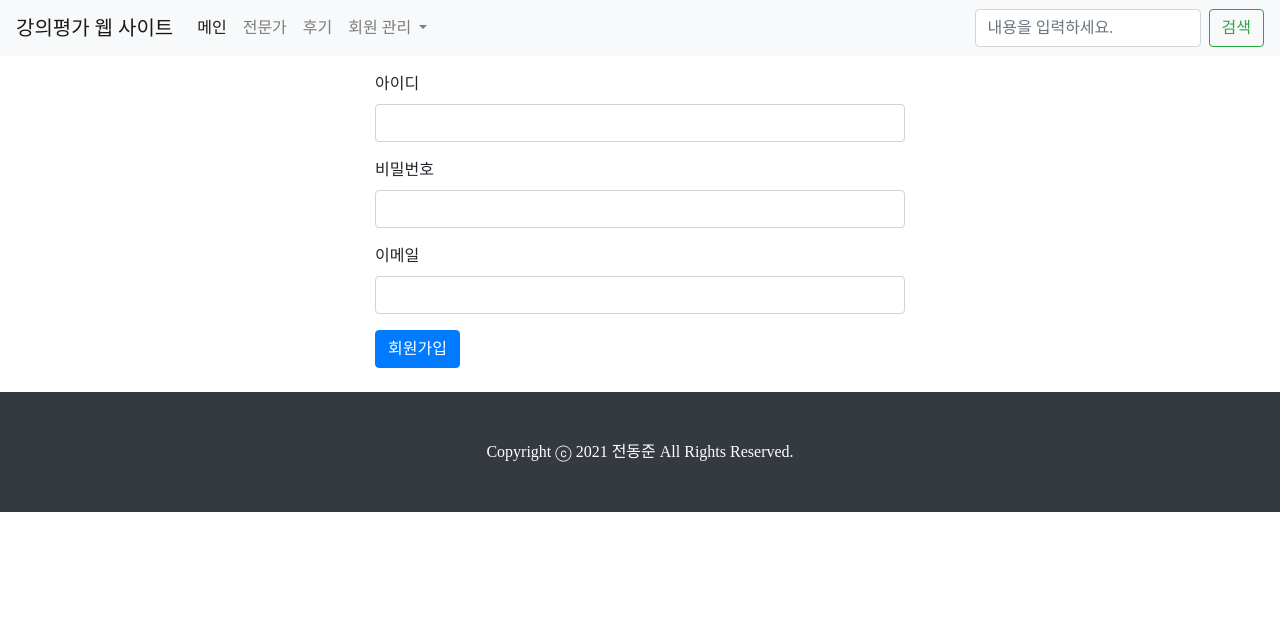
Repository: JeonDongJoon/Inha2-2
Page: http://localhost/Expert/userRegister.jsp
An editor plug-in stored every save of this project. The page is shown before and after the next save, followed by the edit.
The browser window is 1280 px wide. The pictures show the whole page.
Some web fonts or font styles are not loaded; a fallback is used. The page is served by Tomcat 9. Other server files are loaded and not shown.

Above is the page before, as saved 2021-12-02 12:11:55.

### Expert/WebContent/userRegister.jsp
<%@ page language="java" contentType="text/html; charset=UTF-8" pageEncoding="UTF-8"%>

<%@ page import="java.io.PrintWriter"%>

<!doctype html>

<html>

  <head>

    <title>강의평가 웹 사이트</title>

    <meta charset="utf-8">

    <meta name="viewport" content="width=device-width, initial-scale=1, shrink-to-fit=no">

    <!-- 부트스트랩 CSS 추가하기 -->

    <link rel="stylesheet" href="./css/bootstrap.min.css">

    <!-- 커스텀 CSS 추가하기 -->

    <link rel="stylesheet" href="./css/custom.css">

  </head>

  <body>

<%

	String userID = null;

	if(session.getAttribute("userID") != null) {

		userID = (String) session.getAttribute("userID");

	}

	if(userID != null) {

		PrintWriter script = response.getWriter();

		script.println("<script>");

		script.println("alert('로그인이 된 상태입니다.');");

		script.println("location.href = 'index.jsp'");

		script.println("</script>");

		script.close();

	}

%>

    <nav class="navbar navbar-expand-lg navbar-light bg-light">

      <a class="navbar-brand" href="index.jsp">강의평가 웹 사이트</a>

      <button class="navbar-toggler" type="button" data-toggle="collapse" data-target="#navbar">

        <span class="navbar-toggler-icon"></span>

      </button>

      <div class="collapse navbar-collapse" id="navbar">

        <ul class="navbar-nav mr-auto">

          <li class="nav-item active">

            <a class="nav-link" href="index.jsp">메인</a>

          </li>
          <li class="nav-item">
            <a class="nav-link" href="profile.jsp">전문가</a>
          </li>
           <li class="nav-item">

            <a class="nav-link" href="review.jsp">후기</a>
          </li>

          <li class="nav-item dropdown">

            <a class="nav-link dropdown-toggle" id="dropdown" data-toggle="dropdown">

              회원 관리

            </a>

            <div class="dropdown-menu" aria-labelledby="dropdown">

<%

	if(userID == null) {

%>

              <a class="dropdown-item" href="userLogin.jsp">로그인</a>

              <a class="dropdown-item" href="userRegister.jsp">회원가입</a>

<%

	} else {

%>

              <a class="dropdown-item" href="userLogout.jsp">로그아웃</a>

<%

	}

%>

            </div>

          </li>

        </ul>

        <form action="./index.jsp" method="get" class="form-inline my-2 my-lg-0">

          <input type="text" name="search" class="form-control mr-sm-2" placeholder="내용을 입력하세요.">

          <button class="btn btn-outline-success my-2 my-sm-0" type="submit">검색</button>

        </form>

      </div>

    </nav>

    <div class="container mt-3" style="max-width: 560px;">

      <form method="post" action="./userRegisterAction.jsp">

        <div class="form-group">

          <label>아이디</label>

          <input type="text" name="userID" class="form-control">

        </div>

        <div class="form-group">

          <label>비밀번호</label>

          <input type="password" name="userPassword" class="form-control">

        </div>

        <div class="form-group">

          <label>이메일</label>

          <input type="email" name="userEmail" class="form-control">

        </div>

        <button type="submit" class="btn btn-primary">회원가입</button>

      </form>

    </div>

    <footer class="bg-dark mt-4 p-5 text-center" style="color: #FFFFFF;">

      Copyright ⓒ 2021 전동준 All Rights Reserved.

    </footer>

    <!-- 제이쿼리 자바스크립트 추가하기 -->

    <script src="./js/jquery.min.js"></script>

    <!-- Popper 자바스크립트 추가하기 -->

    <script src="./js/popper.min.js"></script>

    <!-- 부트스트랩 자바스크립트 추가하기 -->

    <script src="./js/bootstrap.min.js"></script>

  </body>

</html>

### Expert/WebContent/css/custom.css
@import url(https://fonts.googleapis.com/earlyaccess/jejugothic.css);
@import url(https://fonts.googleapis.com/earlyaccess/hanna.css);
.navar-brand, h1, h2, h3, h4{
	font-family: 'jeju Gothic';
}

h5 {

	font-family: 'jeju Gothic';
	font-size: 18px;

}
body {

	font-family: 'hanna';

}

Loaded but not shown: Expert/WebContent/css/bootstrap.min.css (library); Expert/WebContent/js/jquery.min.js (library); Expert/WebContent/js/bootstrap.min.js (library)

After the next save:
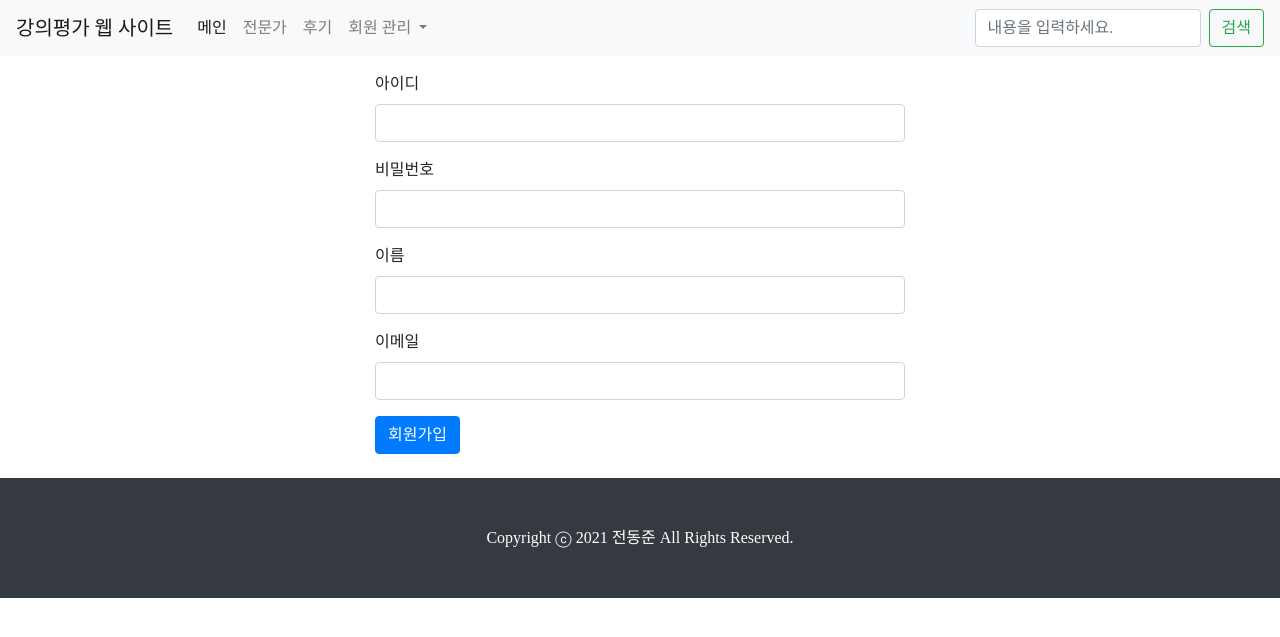
Saved 42 s later.
--- a/Expert/WebContent/userRegister.jsp
+++ b/Expert/WebContent/userRegister.jsp
@@ -155,6 +155,14 @@
 
         <div class="form-group">
 
+          <label>이름</label>
+
+          <input type="text" name="userName" class="form-control">
+
+        </div>
+
+        <div class="form-group">
+
           <label>이메일</label>
 
           <input type="email" name="userEmail" class="form-control">
